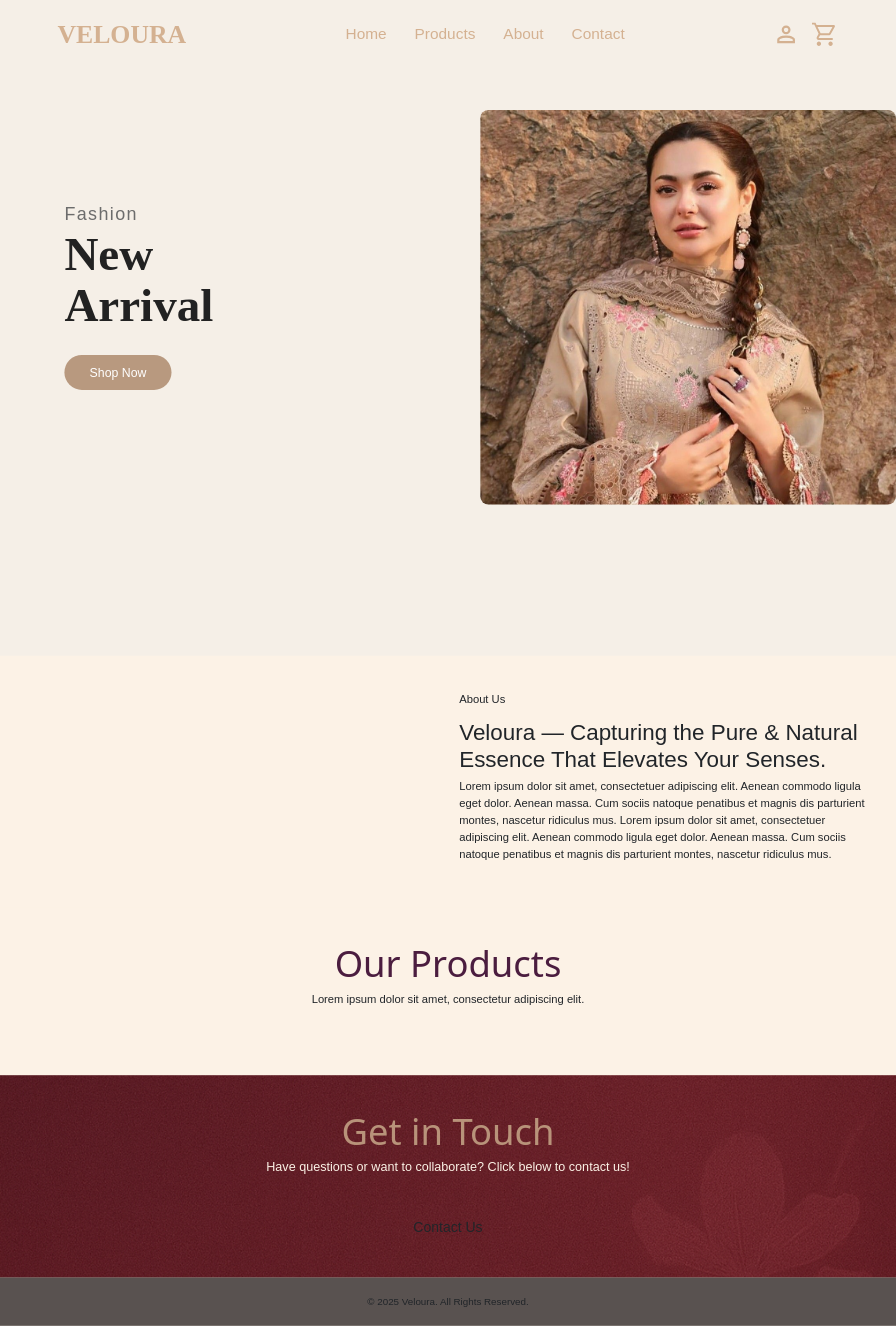
Repository: ayeshatehreem77/Clothing-store
Page: / (app in perfumes-app/)
An editor plug-in stored every save of this project. The page is shown before and after the next save, followed by the edit.
The browser window is 1280 px wide. The pictures show the whole page, at 70% of full size.
Pictures or frames that could not be fetched are drawn as grey boxes. The page's requests for data from a server got no answer. The project was rebuilt for these pictures with package versions that can differ from the ones it lists, and the page was loaded fresh each time. No one was signed in, and anything a server would have sent is missing. Also part of the build but not shown: perfumes-app/src/components/Alert.js.

Above is the page before, as saved 2025-10-28 23:35:44.

After the next save:
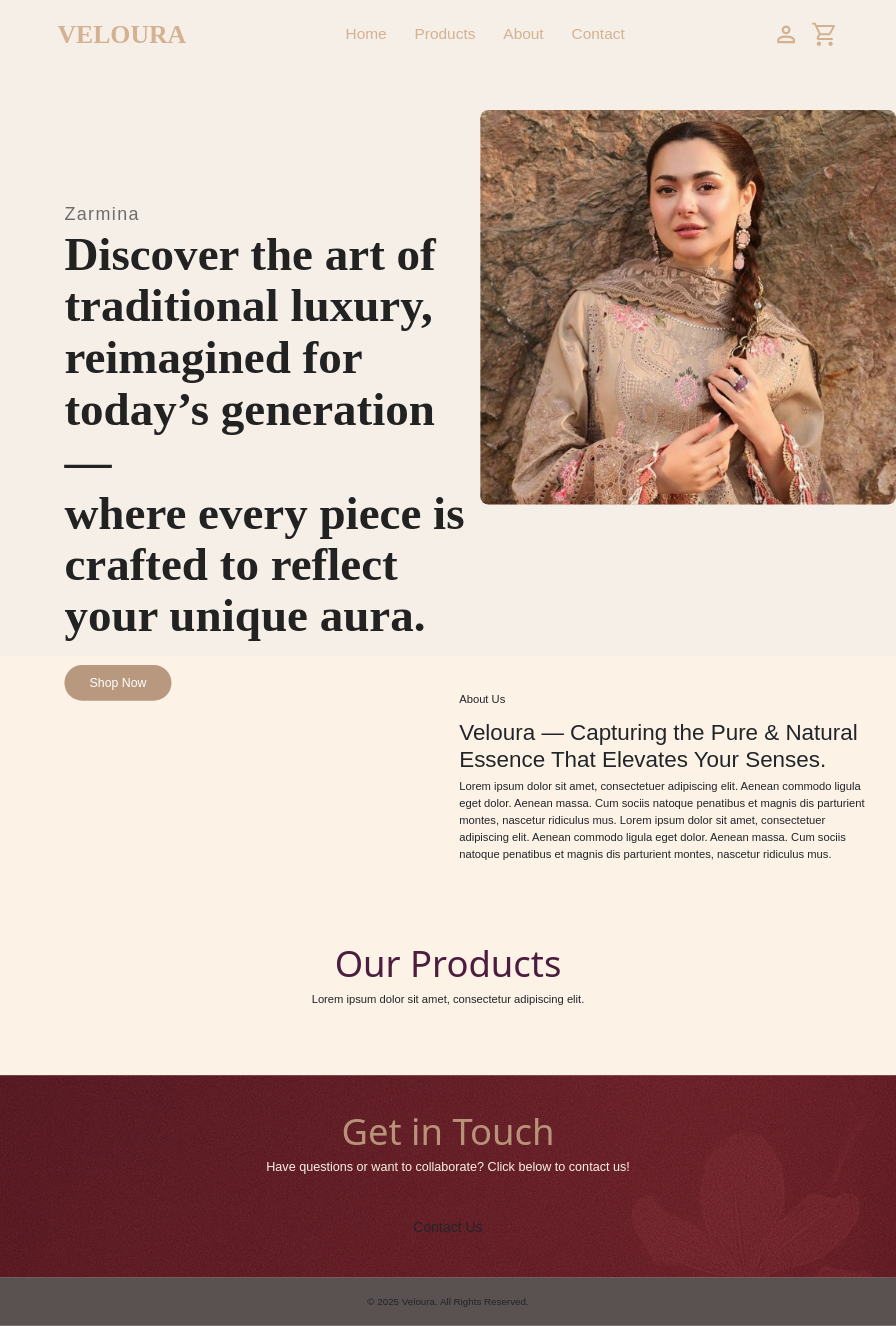
Saved 7 min 29 s later.
--- a/perfumes-app/src/components/Hero.js
+++ b/perfumes-app/src/components/Hero.js
@@ -10,9 +10,9 @@ function Hero() {
         {/* Left Main Image Box */}
         <div className="hero-left">
           <div className="hero-text">
-            <h2>Fashion</h2>
+            <h2>Zarmina</h2>
             <h1>
-              New <br /> Arrival
+              Discover the art of traditional luxury, <br/> reimagined for today’s generation — <br/> where every piece is crafted to reflect your unique aura.
             </h1>
             <button className="shop-btn">Shop Now</button>
           </div>
